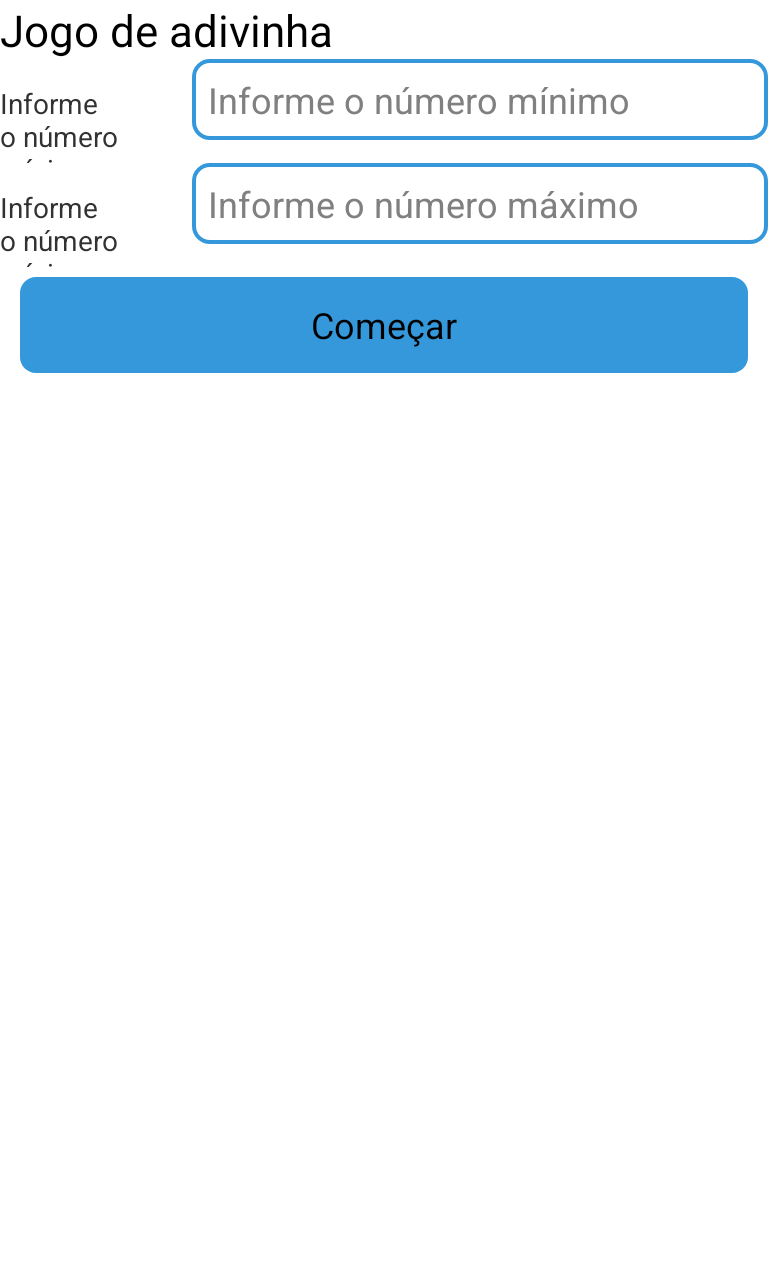
Repository: gokugohan/ddm
Layout: JogoDeAdivinha/res/layout/activity_inicial.xml
These files come from the project's save history. The layout is drawn as it stood at one moment and after the next save; the edit follows.
It is drawn on a 768 x 1280 px phone screen (xhdpi) without system bars, with theme AppTheme; the app's code is not run.

Above is the layout before, as saved 2014-11-07 11:34:49.

After the next save:
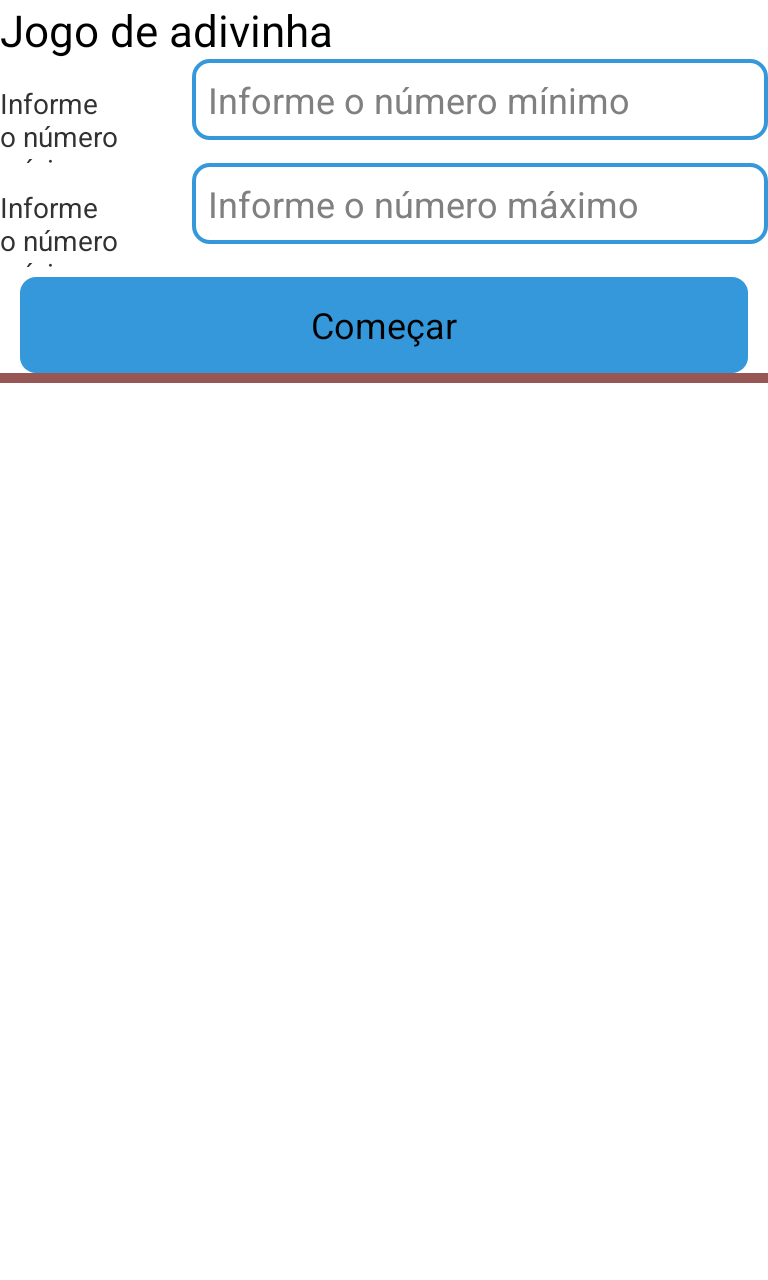
Saved 13 s later.
--- a/JogoDeAdivinha/res/layout/activity_inicial.xml
+++ b/JogoDeAdivinha/res/layout/activity_inicial.xml
@@ -68,6 +68,7 @@
        android:background="@drawable/custom_button"/>
 
    <View android:layout_width="match_parent"
-       android:layout_height="5dp"/>
+       android:layout_height="5dp"
+       android:background="#ff975754"/>
 
 </LinearLayout>
